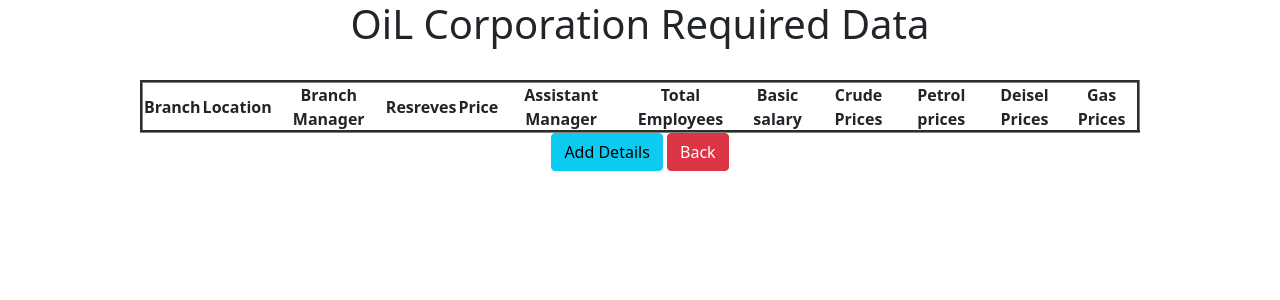
Repository: veerrajuMareddi/demo
Page: http://localhost/OilCorporation/views/unique.jsp
An editor plug-in stored every save of this project. The page is shown before and after the next save, followed by the edit.
The browser window is 1280 px wide. The pictures show the whole page.
The page is served by Tomcat 9.

Above is the page before, as saved 2022-05-05 12:33:45.

After the next save:
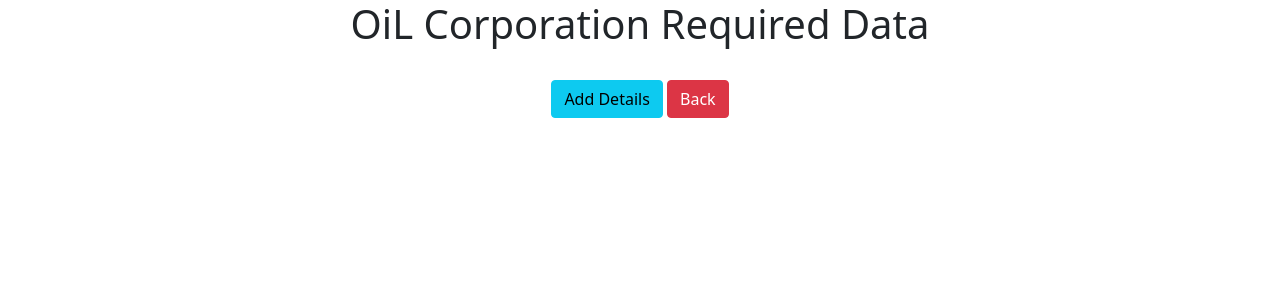
Saved 53 s later.
--- a/OilCorporation/src/main/webapp/views/unique.jsp
+++ b/OilCorporation/src/main/webapp/views/unique.jsp
@@ -37,6 +37,7 @@
 </center>
 <tr>
 <center>
+<c:forEach var="getId" items="${getId}">
 <th>Branch</th>
 <th>Location</th>
 <th>Branch Manager</th>
@@ -54,7 +55,7 @@
 </tr>
 <tr>
 <center>
-<c:forEach var="getId" items="${getId}">
+
 
 <td>${getId.corp.branch}</td>
 <td>${getId.corp.location}</td>

After the save that followed:
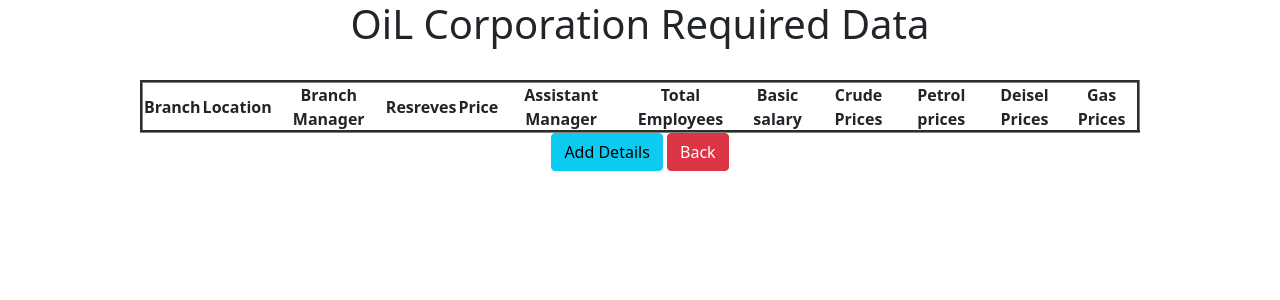
Saved 60 s later.
--- a/OilCorporation/src/main/webapp/views/unique.jsp
+++ b/OilCorporation/src/main/webapp/views/unique.jsp
@@ -37,7 +37,6 @@
 </center>
 <tr>
 <center>
-<c:forEach var="getId" items="${getId}">
 <th>Branch</th>
 <th>Location</th>
 <th>Branch Manager</th>
@@ -56,6 +55,7 @@
 <tr>
 <center>
 
+<c:forEach var="getId" items="${getId}">
 
 <td>${getId.corp.branch}</td>
 <td>${getId.corp.location}</td>
